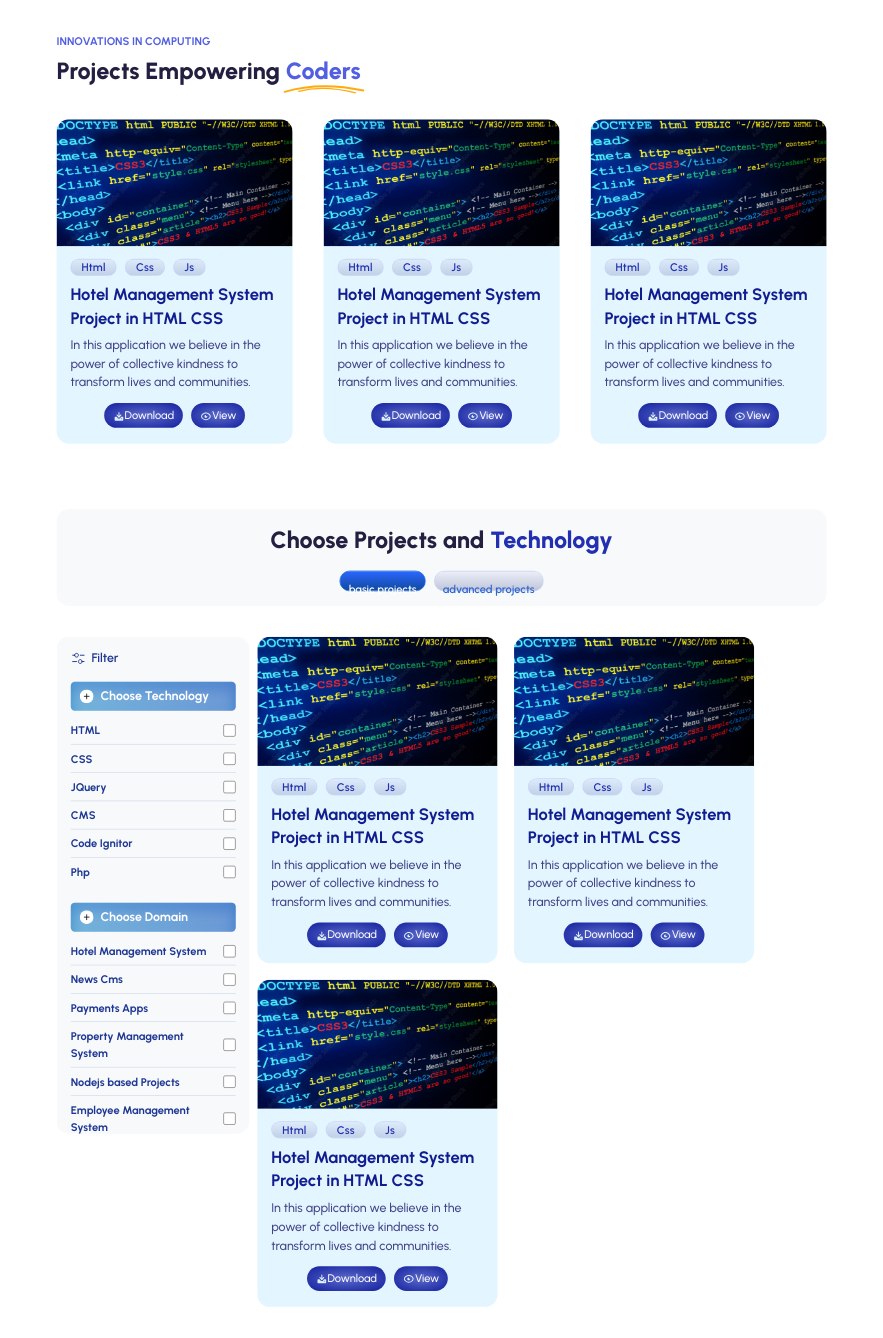
Repository: sharma171/jtccreativeideas
Page: /newsection (app in nextjssite/)
The author's editor kept a copy of each file at every save. The page is drawn from the files as they stood at one save, then again after the next save.
The browser window is 1280 px wide. The pictures show the whole page, at 69% of full size.
The project was rebuilt for these pictures with package versions that can differ from the ones it lists, and the page was loaded fresh each time. The framework's server and built-in components were replaced by stand-ins that run in the browser. Also part of the build but not shown: nextjssite/next.config.mjs.

Above is the page before, as saved 2024-03-30 18:46:20.

After the next save:
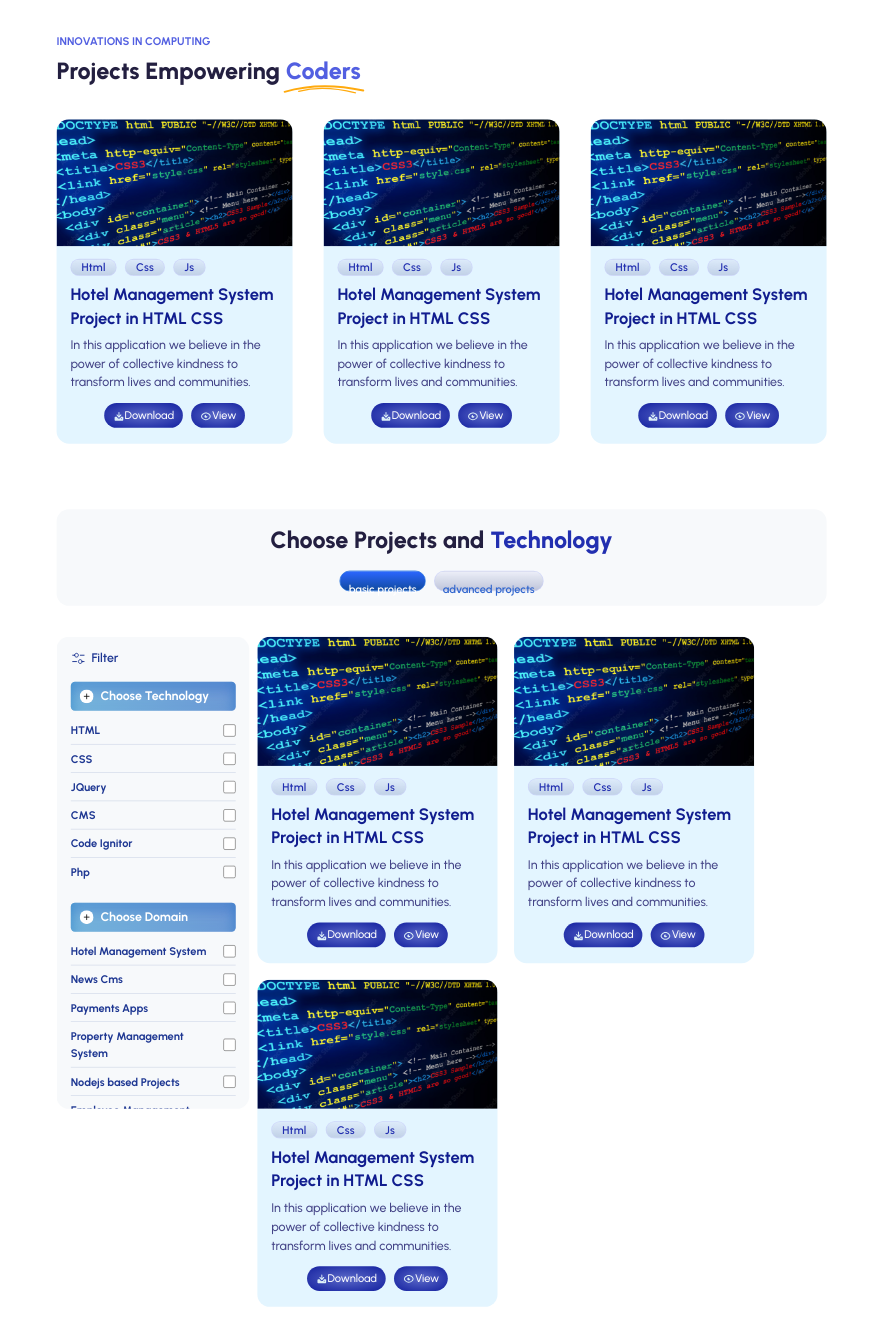
Saved 2 min 7 s later.
--- a/nextjssite/src/app/newsection/page.css
+++ b/nextjssite/src/app/newsection/page.css
@@ -317,7 +317,9 @@ section.projects {
     gap: 16px;
     overflow-y: scroll;
     overflow-x: hidden;
-    max-height: 100vh;
+    max-height: 95vh;
+    position: sticky;
+    top: 16px;
 }
 .ecom-filter .icon-tophead {
     display: flex;
